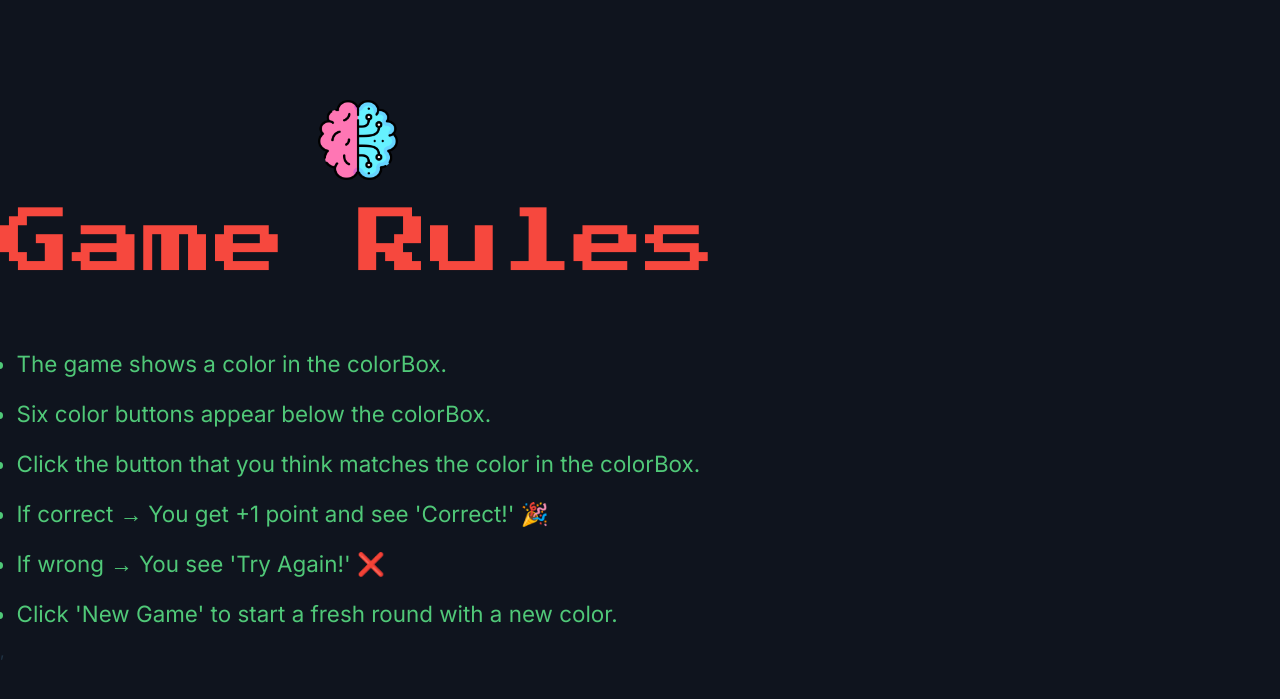
Repository: Shenixo/Color_match_game
Page: /rules
The author's editor kept a copy of each file at every save. The page is drawn from the files as they stood at one save, then again after the next save.
The browser window is 1280 px wide. The pictures show the whole page.
The project was rebuilt for these pictures with package versions that can differ from the ones it lists, and the page was loaded fresh each time. Also part of the build but not shown: vite.config.js, src/Components/Tab/Tab.css, src/Components/Tab/Tab.jsx, src/Pages/Home/Home.jsx, src/Pages/Sound/Sound.jsx.

Above is the page before, as saved 2025-02-03 07:11:03.

### index.html
<!DOCTYPE html>
<html lang="en">
  <head>
    <meta charset="UTF-8" />
    <link rel="icon" type="image/svg+xml" href="/vite.svg" />
    <meta name="viewport" content="width=device-width, initial-scale=1.0" />
    <link rel="preconnect" href="https://fonts.googleapis.com" />
    <link rel="preconnect" href="https://fonts.gstatic.com" crossorigin />
    <link rel="preconnect" href="https://fonts.googleapis.com">
<link rel="preconnect" href="https://fonts.gstatic.com" crossorigin>
<link href="https://fonts.googleapis.com/css2?family=Inter:ital,opsz,wght@0,14..32,100..900;1,14..32,100..900&family=Poppins:ital,wght@0,100;0,200;0,300;0,400;0,500;0,600;0,700;0,800;0,900;1,100;1,200;1,300;1,400;1,500;1,600;1,700;1,800;1,900&family=Press+Start+2P&display=swap" rel="stylesheet">
    <title>Color Match</title>
  </head>
  <body>
    <div id="root"></div>
    <script type="module" src="/src/main.jsx"></script>
  </body>
</html>

### src/App.jsx
import { Route, Routes } from "react-router-dom";
import "./App.css";
import Home from "./Pages/Home/Home";
import Rules from "./Pages/Rules/Rules";
import Sound from "./Pages/Sound/Sound";

function App() {
  return (
    <div>
      <Routes>
        <Route path="/" element={<Home />} />
        <Route path="/rules" element={<Rules />} />
        <Route path="/sound" element={<Sound />} />
      </Routes>
    </div>
  );
}

export default App;

### src/App.css
*{
  padding: 0;
  margin: 0;
  box-sizing: border-box;
  font-family: "Inter", serif;
}
body{
  background: #0f141e;
}

### src/Pages/Rules/Rules.jsx
import Title from "../../Components/Title/Title";
import "./Rules.css"
const Rules = () => {
  return (
    <div>
      <div className="container">
        <Title content="Game Rules" />

        <ul className="rules">
          {gameRules.map((rule) => (
            <li key={rule}>{rule}</li>
          ))}
        </ul>
      </div>
    </div>
  );
};

export default Rules;
const gameRules = [
  "The game shows a color in the colorBox.",
  "Six color buttons appear below the colorBox.",
  "Click the button that you think matches the color in the colorBox.",
  "If correct → You get +1 point and see 'Correct!' 🎉",
  "If wrong → You see 'Try Again!' ❌",
  "Click 'New Game' to start a fresh round with a new color.",
];

### src/Components/Title/Title.jsx
/* eslint-disable react/prop-types */
import "./Title.css"
import brain from "../../assets/brain.png"
import { Link } from "react-router-dom"
const Title = ({content}) => {
  return (
    <div className="title">
          <h1>{content}</h1>
          <Link to="/">
          <img src={brain} alt="Brain image" width={80} />
          </Link>
    </div>
  )
}

export default Title

### src/Pages/Home/Home.css
.home{
    width: 100%;
    max-height: 100svh;
}
.container{
    display: flex;
    align-items: center;
    justify-content: center;
    margin-top: 6%;
    flex-direction: column;
    gap: 1rem;
}

### src/Pages/Rules/Rules.css
.rules{
    color: rgb(160, 159, 159);
    font-size: 1.4rem;
    color: #50C878;
}
.rules li{
    line-height: 50px;
}

### src/Components/Title/Title.css
.title {
  display: flex;
  align-items: center;
  gap: 1rem;
  color: #f6483e;
  font-size: 1.4rem;
  margin-bottom: 2.5rem;
  flex-direction: column-reverse;
}
.title h1 {
  font-family: "Press Start 2P", serif;
}

Loaded but not shown: src/main.jsx (common file); src/index.css (common file)

After the next save:
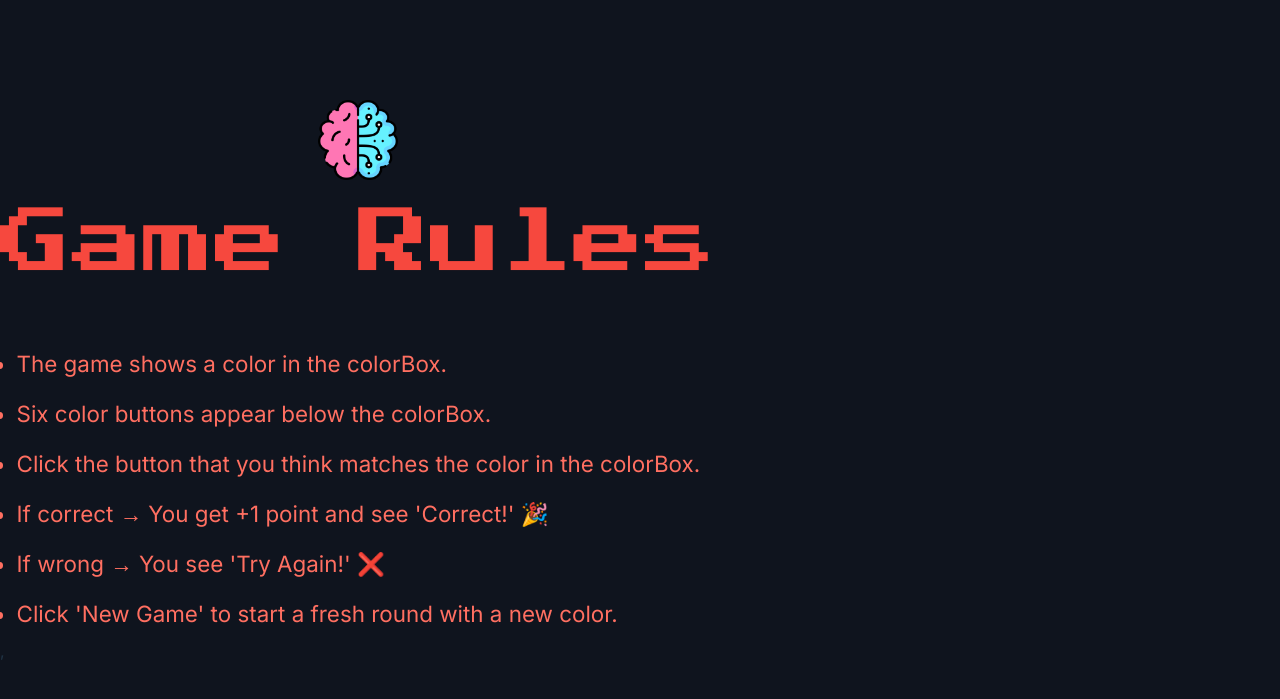
Saved 2 min 35 s later.
--- a/src/Pages/Rules/Rules.css
+++ b/src/Pages/Rules/Rules.css
@@ -1,7 +1,7 @@
 .rules{
     color: rgb(160, 159, 159);
     font-size: 1.4rem;
-    color: #50C878;
+    color: #FF6F61;
 }
 .rules li{
     line-height: 50px;
